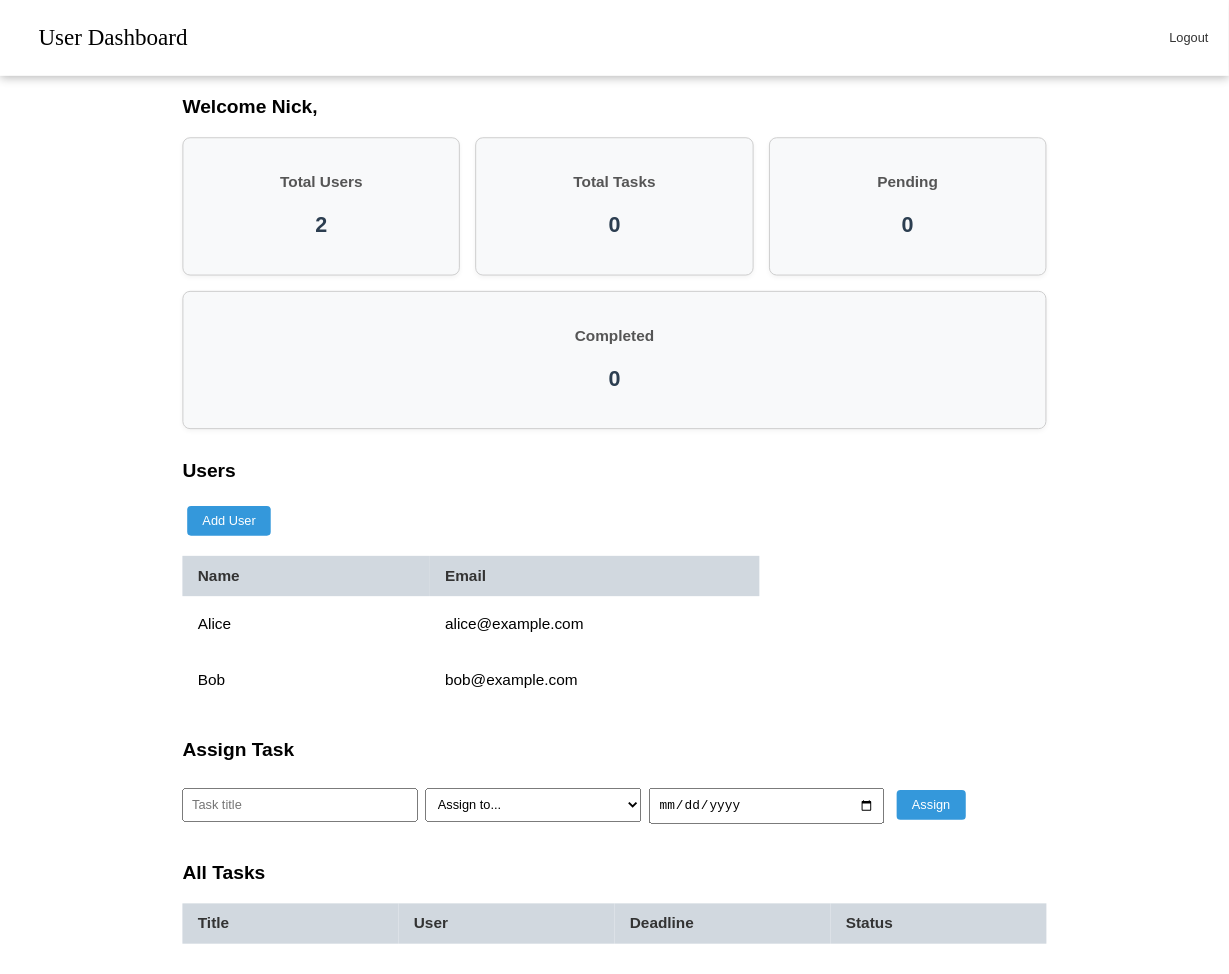
Repository: Edmund-Kiama/todoPHP
Page: /admin (app in task-manager-frontend/)
An editor plug-in stored every save of this project. The page is shown before and after the next save, followed by the edit.
The browser window is 1280 px wide. The pictures show the whole page, at 96% of full size.
The project was rebuilt for these pictures with package versions that can differ from the ones it lists, and the page was loaded fresh each time. Also part of the build but not shown: task-manager-frontend/vite.config.js, task-manager-frontend/src/components/Login/login.css, task-manager-frontend/src/components/Login/Login.vue, task-manager-frontend/src/components/User/user.css, task-manager-frontend/src/components/User/UserDashboard.vue.

Above is the page before, as saved 2025-07-12 22:28:41.

After the next save:
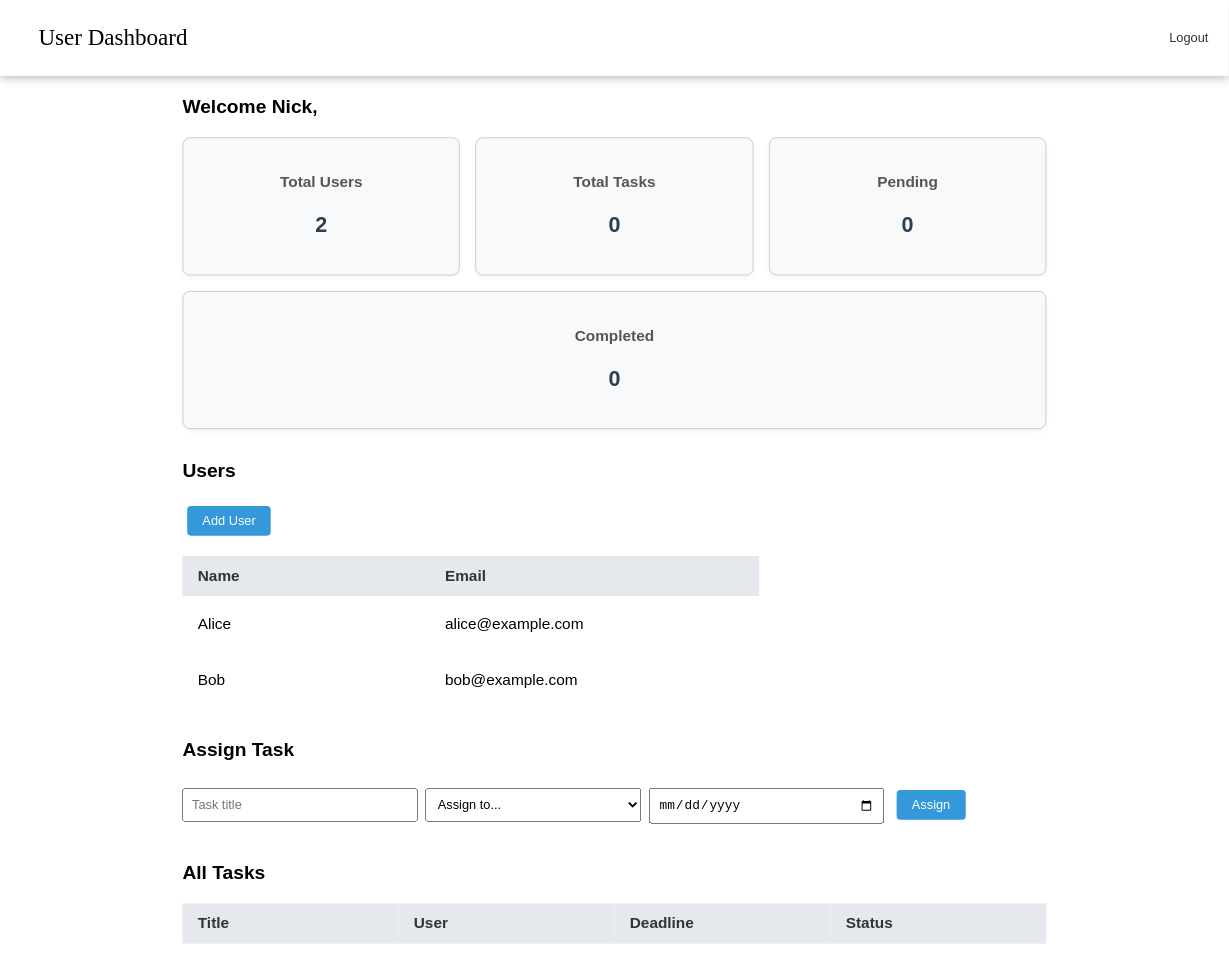
Saved 37 s later.
--- a/task-manager-frontend/src/components/Admin/admin.css
+++ b/task-manager-frontend/src/components/Admin/admin.css
@@ -36,7 +36,7 @@
 }
 
 .admin-dashboard th {
-  background-color: #d1d8df;
+  background-color: #e5e8ec;
   font-weight: bold;
   color: #333;
 }
